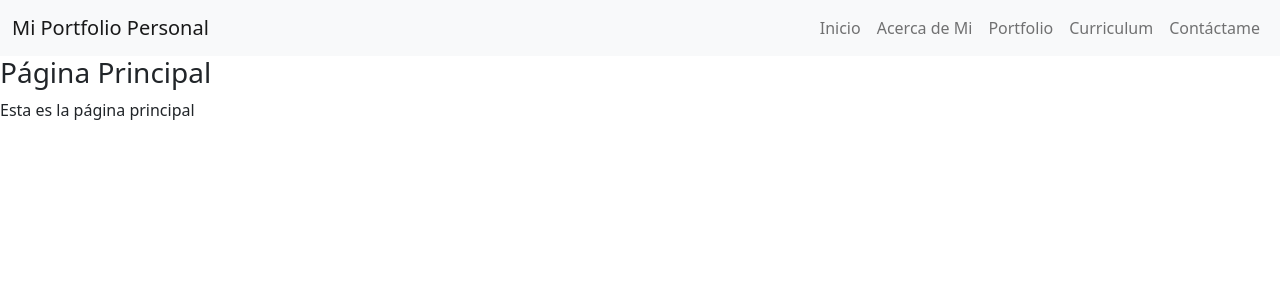
Repository: AlejandroJesusSerrano/portfolio
Page: http://localhost/
The author's editor kept a copy of each file at every save. The page is drawn from the files as they stood at one save, then again after the next save.
The browser window is 1280 px wide. The pictures show the whole page.
Some web fonts or font styles are not loaded; a fallback is used. The page is served by the project's application, run on Django 4.2 (manage.py). Other server files are loaded and not shown.

Above is the page before, as saved 2023-09-05 15:10:07.

### portfolio/core/templates/core/home.html
{% extends 'core/base.html' %}

{% block title %} Inicio {% endblock title %}

{% block content %}
<h3>Página Principal</h3>

<p>Esta es la página principal</p>
{% endblock content %}

### portfolio/core/templates/core/base.html
{% load static %}

<!DOCTYPE html>
<html lang="en">

<head>
  <meta charset="UTF-8">
  <meta name="viewport" content="width=device-width, initial-scale=1.0">
  <link rel="stylesheet" href={% static 'lib/bootstrap-5.2/css/bootstrap.min.css' %}>
  <link rel="stylesheet" href={% static 'css/styles.css' %}>
  <title>Portafolio Personal - {% block title %} {% endblock title %}</title>
</head>

<body>
  <!-- HEADER -->
  <nav class="navbar navbar-expand-lg bg-light">
    <div class="container-fluid">
      <a class="navbar-brand" href={% url 'home' %}>Mi Portfolio Personal</a>
      <button class="navbar-toggler" type="button" data-bs-toggle="collapse" data-bs-target="#navbarNav"
        aria-controls="navbarNav" aria-expanded="false" aria-label="Toggle navigation">
        <span class="navbar-toggler-icon"></span>
      </button>
      <div class="collapse navbar-collapse" id="navbarNav">
        <ul class="navbar-nav ms-auto">
          <li class="nav-item">
            <a class="nav-link" aria-current="page" href={% url 'home' %}>Inicio</a>
          </li>
          <li class="nav-item">
            <a class="nav-link" href={% url 'about' %}>Acerca de Mi</a>
          </li>
          <li class="nav-item">
            <a class="nav-link" href={% url 'portfolio' %}>Portfolio</a>
          </li>
          <li class="nav-item">
            <a class="nav-link" href={% url 'curriculum' %}>Curriculum</a>
          </li>
          <li class="nav-item">
            <a class="nav-link" href={% url 'contact' %}>Contáctame</a>
          </li>
        </ul>
      </div>
    </div>
  </nav>

  <!-- CONTENT - Template Tags -->

  {% block content %} {%endblock content%}

  <script src={% static 'lib/bootstrap-5.2/js/bootstrap.min.js' %}></script>
</body>

</html>

### portfolio/core/views.py
from django.shortcuts import render

# Create your views here.
def home(request):
  return render(request, 'core/home.html')

def about(request):
  return render(request, 'core/about.html')

def portfolio(request):
  return render(request, 'core/portfolio.html')

def curriculum(request):
  return render(request, 'core/curriculum.html')

def contact(request):
  return render(request, 'core/contact.html')

### portfolio/portfolio/urls.py
"""
URL configuration for portfolio project.

The `urlpatterns` list routes URLs to views. For more information please see:
    https://docs.djangoproject.com/en/4.2/topics/http/urls/
Examples:
Function views
    1. Add an import:  from my_app import views
    2. Add a URL to urlpatterns:  path('', views.home, name='home')
Class-based views
    1. Add an import:  from other_app.views import Home
    2. Add a URL to urlpatterns:  path('', Home.as_view(), name='home')
Including another URLconf
    1. Import the include() function: from django.urls import include, path
    2. Add a URL to urlpatterns:  path('blog/', include('blog.urls'))
"""
from django.contrib import admin
from django.urls import path
from core import views

urlpatterns = [
    path('', views.home, name='home'),
    path('about-me/', views.about, name='about'),
    path('contact/', views.contact, name='contact'),
    path('portfolio/', views.portfolio, name='portfolio'),
    path('curriculum/', views.curriculum, name='curriculum'),
    path('admin/', admin.site.urls),
]

### portfolio/static/css/styles.css
@import url("https://fonts.googleapis.com/css2?family=Arima:wght@500;700&family=Average+Sans&family=Mulish:ital,wght@0,400;0,500;0,700;1,400;1,500;1,700&display=swap");

* {
  margin: 0;
  padding: 0;
  box-sizing: border-box;
}

.brand {
  font-family: "Arima", cursive;
  font-size: 1rem;
}

Loaded but not shown: portfolio/static/lib/bootstrap-5.2/css/bootstrap.min.css (library); portfolio/static/lib/bootstrap-5.2/js/bootstrap.min.js (library)

After the next save:
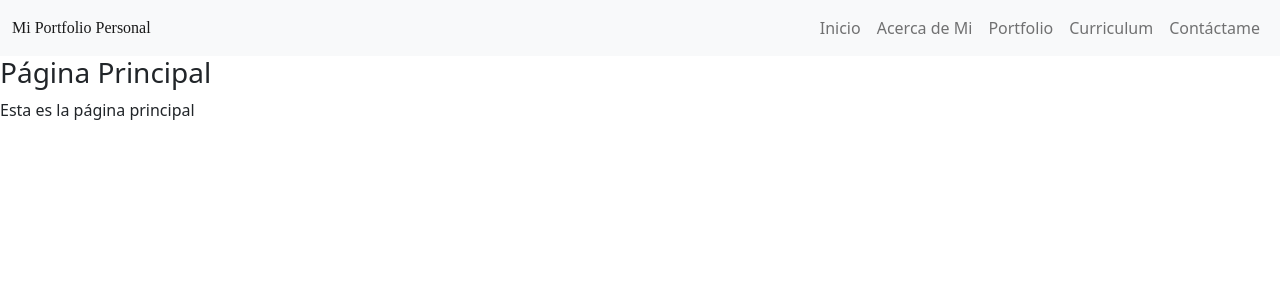
Saved 14 s later.
--- a/portfolio/core/templates/core/base.html
+++ b/portfolio/core/templates/core/base.html
@@ -15,7 +15,7 @@
   <!-- HEADER -->
   <nav class="navbar navbar-expand-lg bg-light">
     <div class="container-fluid">
-      <a class="navbar-brand" href={% url 'home' %}>Mi Portfolio Personal</a>
+      <a class="navbar-brand brand" href={% url 'home' %}>Mi Portfolio Personal</a>
       <button class="navbar-toggler" type="button" data-bs-toggle="collapse" data-bs-target="#navbarNav"
         aria-controls="navbarNav" aria-expanded="false" aria-label="Toggle navigation">
         <span class="navbar-toggler-icon"></span>
